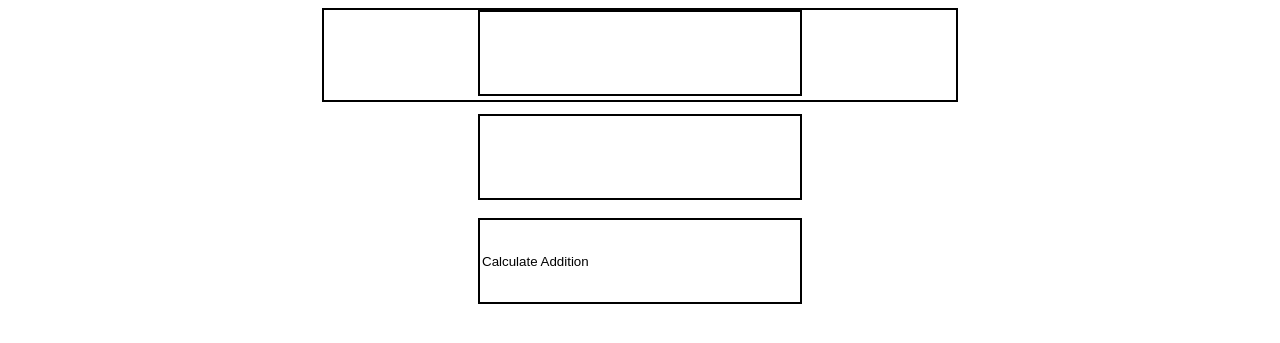
Repository: KiranNaikwadi/JSP
Page: http://localhost/Program/Add.jsp
The author's editor kept a copy of each file at every save. The page is drawn from the files as they stood at one save, then again after the next save.
The browser window is 1280 px wide. The pictures show the whole page.
The page is served by Tomcat 9.

Above is the page before, as saved 2024-04-06 04:46:25.

After the next save:
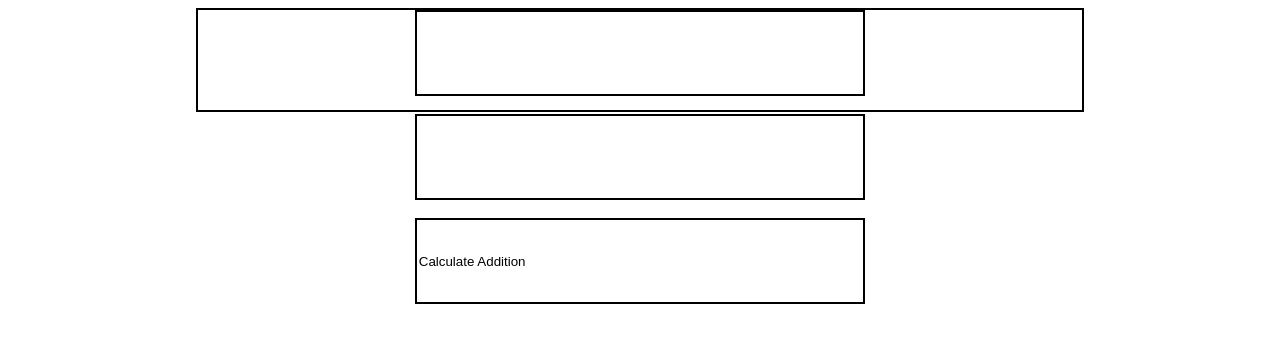
Saved 47 s later.
--- a/Program/src/main/webapp/Add.jsp
+++ b/Program/src/main/webapp/Add.jsp
@@ -13,8 +13,8 @@ border: 2px solid black;
 }
 form{
 border:2px solid black;
-height:90px;
-width:50%;
+height:100px;
+width:70%;
 }
 </style>
 </head>
